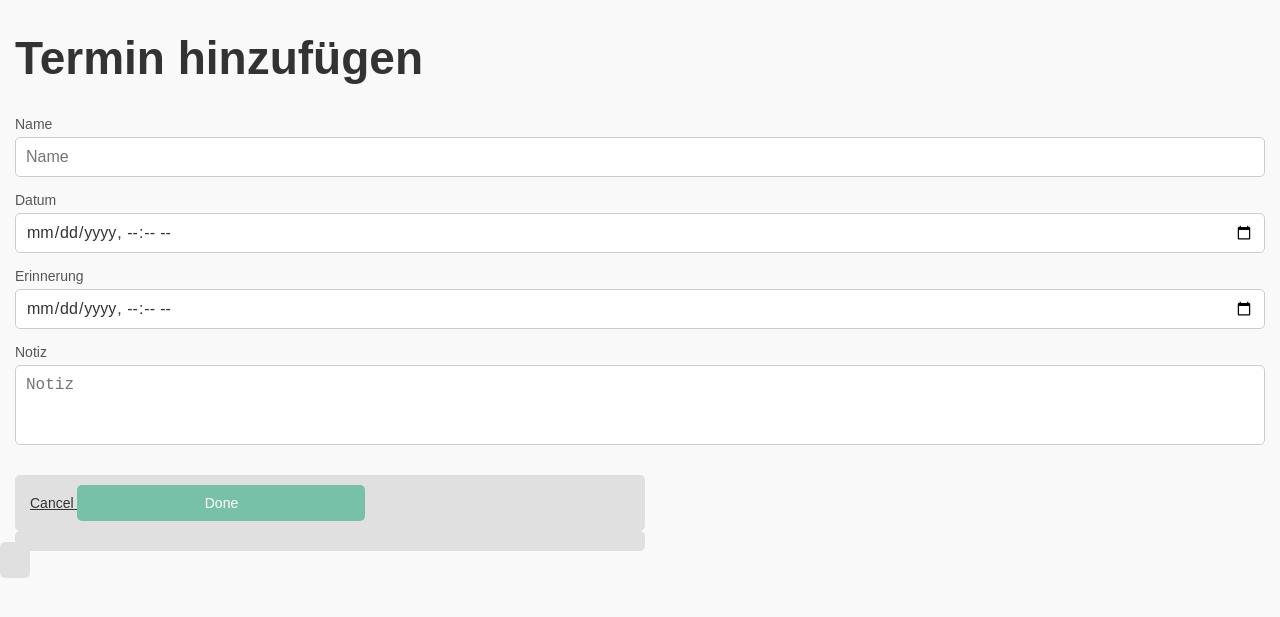
Repository: jakemoes/Pet-Tracker
Page: PWA/addAppointment.html
An editor plug-in stored every save of this project. The page is shown before and after a run of saves, followed by the edit.
The browser window is 1280 px wide. The pictures show the whole page.

Above is the page before, as saved 2024-12-06 19:45:57.

### PWA/addAppointment.html
<!DOCTYPE html>
<html lang="de">
<head>
    <meta charset="UTF-8">
    <meta name="viewport" content="width=device-width, initial-scale=1.0">
    <link rel="stylesheet" href="addAppointment.css">
    <title>Termin hinzufügen</title>
</head>
<body>
    <div class="form-container">
        <h1>Termin hinzufügen</h1>
        <form>
            <label for="name">Name</label>
            <input type="text" id="name" name="name" placeholder="Name">

            <label for="datum">Datum</label>
            <input type="datetime-local" id="datum" name="datetime">

            <label for="erinnerung">Erinnerung</label>
            <input type="datetime-local" id="erinnerung" name="erinnerung">

            <label for="notiz">Notiz</label>
            <textarea id="notiz" name="notiz" placeholder="Notiz"></textarea>

            <div class="button-container">
                <a href="<button type="button" class="cancel-btn">Cancel</button>
                <button type="submit" class="done-btn">Done</button>
            </div>
        </form>
    </div>
</body>
</html>

### PWA/addAppointment.css
body {
    font-family: Arial, sans-serif;
    margin: 0;
    padding: 0;
    background-color: #f9f9f9;
    width: 100%;
    overflow: hidden;
}

.container {
    max-width: 100%;
    max-height: 100%;
    margin-top: 15px;
    margin-right: 15px;
    margin-left: 15px;
}

header {
    display: flex;
    justify-content: space-between;
    align-items: center;
}

h1 {

    position: relative;
    font-size: 46px;
    text-align: left;
    margin-left: 15px;
    color: #333;

}

form {
    display: flex;
    flex-direction: column;
    width: 100%; /* Form nimmt die volle Breite der Webseite ein */
    padding: 0 15px; /* 15px Abstand an beiden Seiten */
    box-sizing: border-box; /* Padding wird in der Breitenberechnung berücksichtigt */
    max-width: 100%; /* Verhindert, dass das Formular breiter als der Bildschirm wird */
}

label {
    margin-bottom: 5px;
    color: #555;
    font-size: 14px;
}

input, textarea {
    margin-bottom: 15px; /* Abstand zwischen den Eingabefeldern */
    padding: 10px;
    border: 1px solid #ccc;
    border-radius: 5px;
    font-size: 16px;
    width: 100%; /* Eingabefelder und Textarea nehmen die volle Breite des Formulars ein */
    box-sizing: border-box; /* Padding und Border werden in der Breitenberechnung berücksichtigt */
}

textarea {
    resize: none;
    height: 80px;
}

input[type="datetime-local"] {
    font-family: Arial, sans-serif; /* Einheitliche Schriftart */
    font-size: 16px; /* Schriftgröße */
    color: #333; /* Textfarbe */
    background-color: #FFF; /* Hintergrundfarbe */
    border: 1px solid #ccc; /* Rahmen */
    border-radius: 5px; /* Abgerundete Ecken */
    padding: 10px; /* Innenabstand */
    box-sizing: border-box; /* Verhindert Überschreiten der Breite */
    width: 100%; /* Volle Breite */
    max-width: 100%; /* Maximalbreite verhindern */
    height: 40px;
    appearance: none; /* Entfernt die native Darstellung */
    text-align: left;
}

/* Anpassung für iOS Safari */
input[type="date"]::-webkit-calendar-picker-indicator {
    background: transparent; /* Hintergrund des Kalendersymbols */
    color: #333; /* Farbe des Symbols (falls sichtbar) */
    cursor: pointer; /* Cursor-Stil */
}

.button-container {
    display: flex;
    justify-content: space-between;
    width: 100%; /* Container für Buttons nimmt die volle Breite des Formulars ein */
    margin-top: 15px;
}

.cancel-btn, .done-btn {
    border: none;
    border-radius: 5px;
    padding: 10px 15px;
    font-size: 14px;
    cursor: pointer;
    width: 48%; /* Buttons nehmen jeweils 48% der Breite des Containers ein */
}

.cancel-btn {
    background-color: #e0e0e0;
    color: #333;
}

.done-btn {
    background-color: #77c1a9;
    color: #fff;
}

.cancel-btn:hover {
    background-color: #d6d6d6;
}

.done-btn:hover {
    background-color: #66b398;
}

After the next 3 saves:
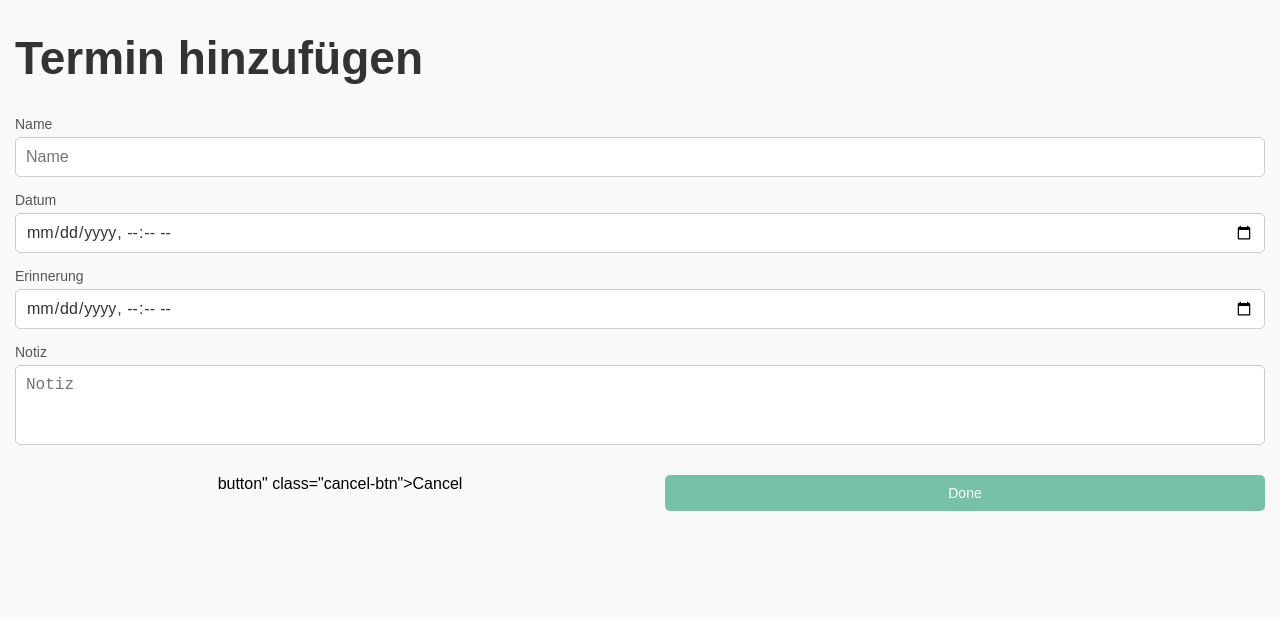
The 3 saves are shown as one change because they came seconds apart.
The last was saved 9 s later.
--- a/PWA/addAppointment.html
+++ b/PWA/addAppointment.html
@@ -23,7 +23,9 @@
             <textarea id="notiz" name="notiz" placeholder="Notiz"></textarea>
 
             <div class="button-container">
-                <a href="<button type="button" class="cancel-btn">Cancel</button>
+                <a href="appointment.html">
+
+                </a>button" class="cancel-btn">Cancel</button>
                 <button type="submit" class="done-btn">Done</button>
             </div>
         </form>
